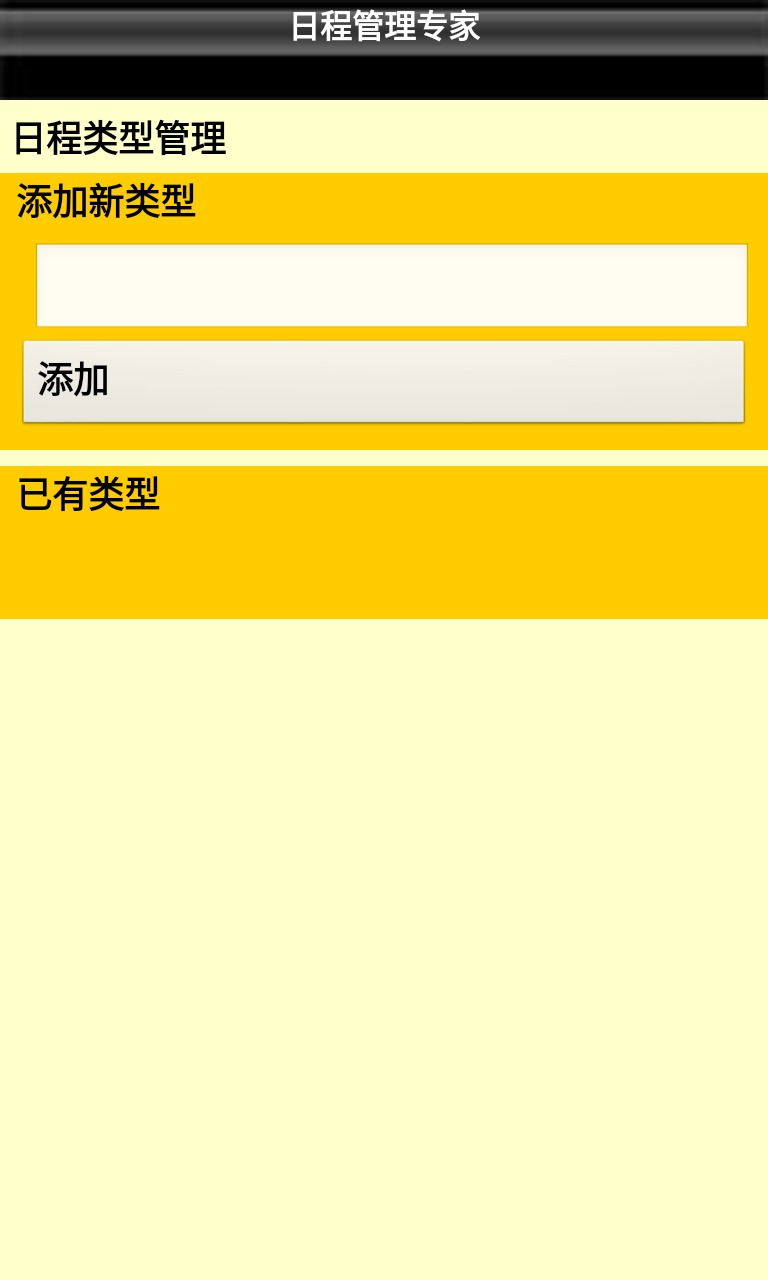
Repository: gogolaile/CoolWeather
Layout: DayDel/res/layout/add.xml
An editor plug-in stored every save of this project. The layout is shown before and after the next save, followed by the edit.
It is drawn on a 768 x 1280 px phone screen (xhdpi) without system bars, with theme android:Theme.NoTitleBar.Fullscreen; the app's code is not run. Lists and similar views that code fills are empty.

Above is the layout before, as saved 2015-12-05 10:07:04.

After the next save:
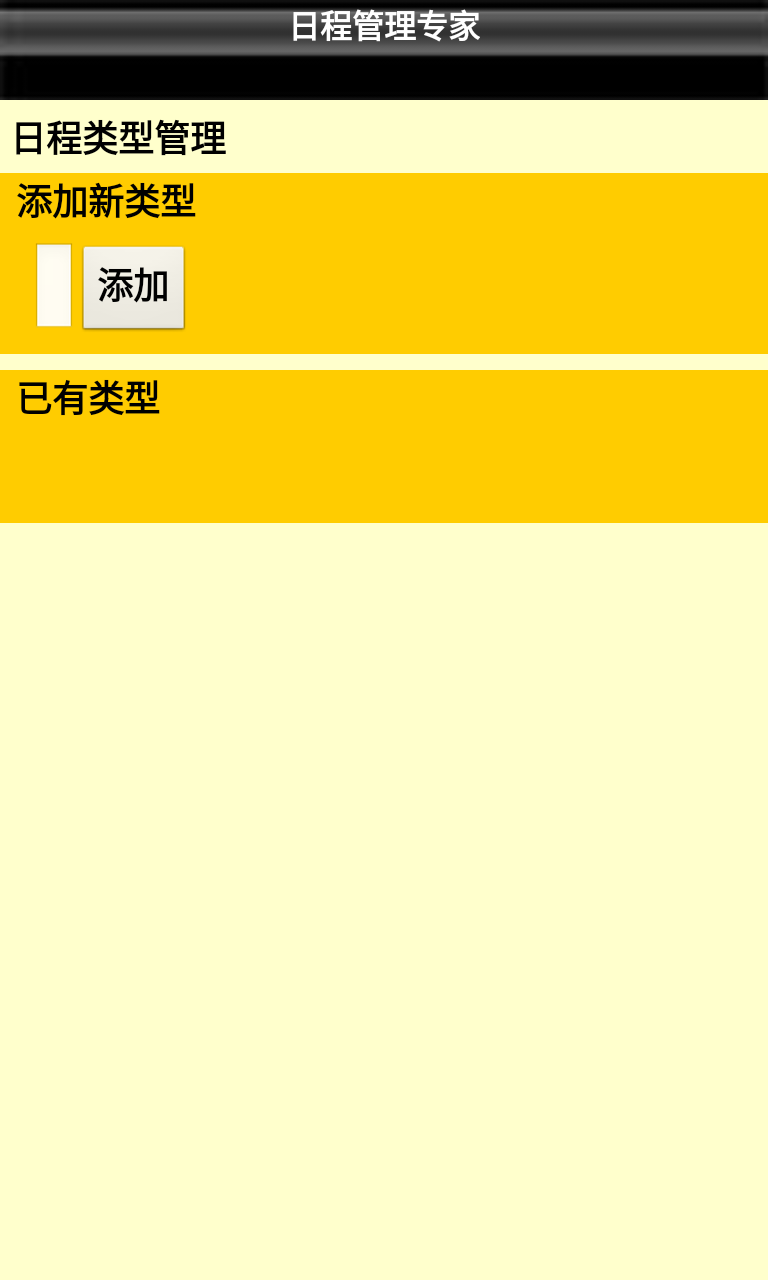
Saved 28 s later.
--- a/DayDel/res/layout/add.xml
+++ b/DayDel/res/layout/add.xml
@@ -45,6 +45,7 @@
                       android:layout_height="wrap_content"
                       android:layout_margin="8dp"
                       android:orientation="horizontal">
+                  <TableRow>
                     <EditText
                         android:id="@+id/add_type_edit"
                         android:layout_width="match_parent"
@@ -63,7 +64,7 @@
                         android:textSize="18sp"
                         android:gravity="left"
                       />
-
+              </TableRow>
               </TableLayout>
      </LinearLayout>
            <LinearLayout
